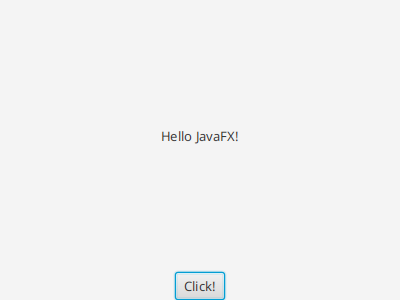
Repository: tyoshikawa1106/javafx-hello-world
Program's window: java MyJavaFX/src/io/github/tyoshikawa1106/MyApp.java
The author's editor kept a copy of each file at every save. The program's window is drawn from the files as they stood at one save, then again after the next save.
It runs on Java 21 on a 1366 x 768 screen with JavaFX 11; the title bar is not drawn.

Above is the program's window before, as saved 2016-04-11 15:45:46.

After the next save:
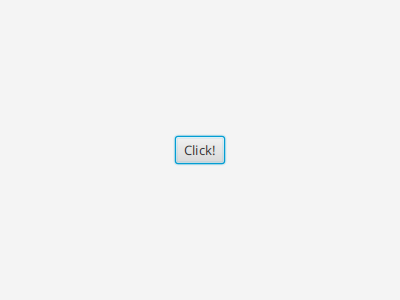
Saved 10 s later.
--- a/MyJavaFX/src/io/github/tyoshikawa1106/Home.fxml
+++ b/MyJavaFX/src/io/github/tyoshikawa1106/Home.fxml
@@ -9,8 +9,9 @@
 	xmlns:fx="http://javafx.com/fxml/1">
 	<center>
 		<Label fx:id="label1" text="Hello JavaFX!" BorderPane.alignment="CENTER" />
+		<Button fx:id="button1" onAction="#doClick" text="Click!" BorderPane.alignment="CENTER" />
 	</center>
 	<bottom>
-		<Button fx:id="button1" onAction="#doClick" text="Click!" BorderPane.alignment="CENTER" />
+
 	</bottom>
 </BorderPane>
